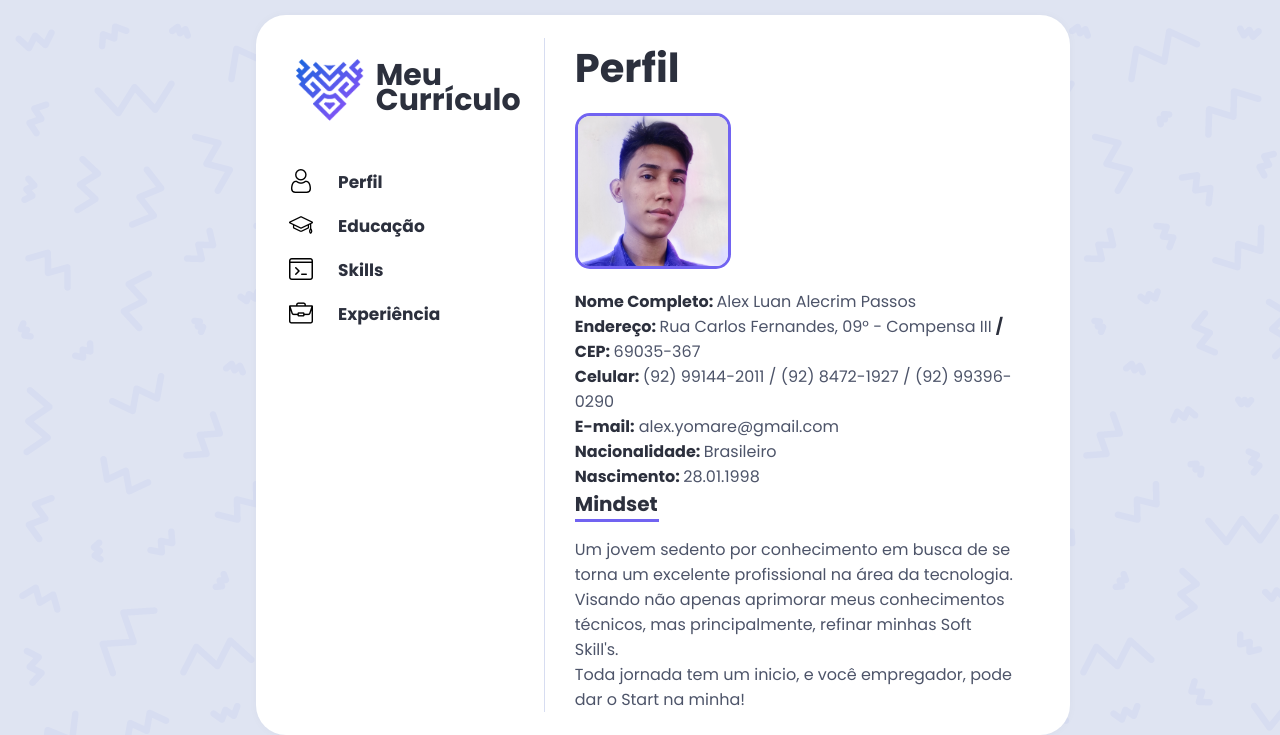
Repository: 4lex-passos/MeuPrimeiroSite
Page: index.html
These files come from the project's save history. The page is drawn as it stood at one moment and after the next save; the edit follows.
The browser window is 1280 px wide. The pictures show the whole page.

Above is the page before, as saved 2020-10-02 16:29:53.

### index.html
<!DOCTYPE html>

<html>
  <head lang="pt-br">
    <meta charset="UTF-8">
    <meta name="viewport" content="width=device-width, initial-scale=1.0">
    <link rel="stylesheet" href="css/style.css">
    <link rel="shortcut icon" type="image/png" href="imagens/Owl.png">
    <title>Meu Currículo</title>
  </head>

  <body>
    <div class="conteiner">
      <div class="box">

        <aside class="naveg">
          <header class="logo">
            <img src="imagens/Owl.png"
                 alt="Foto de perfil">
            <h1>Meu<br>Currículo</h1>
          </header>
          <main>
            <nav>
              <ul>
                <li>
                  <img src="imagens/perfil-icon.png">
                  <a href="index.html" class="icon">Perfil</a>
                </li>
                <li>
                  <img src="imagens/education-icon.png">
                  <a href="educacao.html" class="icon">Educação</a>
                </li>
                <li>
                  <img src="imagens/skills-icon.png">
                  <a href="skills.html" class="icon">Skills</a>
                </li>
                <li>
                  <img src="imagens/experiencia-icon.png">
                  <a href="experiencia.html" class="icon">Experiência</a>
                </li>
              </ul>
            </nav>
          </main>
        </aside>

        <aside class="feed">
          <main>
            <h1>Perfil</h1>
            <div class="painel">
              <img  src="imagens/perfil.png"
                    id="myImg"
                    onclick="myFunction()"
                    onmouseout="myFunction2()">
              <div class="info-box">
                <h2>Nome Completo: <span class="info">Alex Luan Alecrim Passos</span></h2>
                <h2>Endereço: <span class="info">Rua Carlos Fernandes, 09° - Compensa III </span>/ CEP: <span class="info">69035-367</span></h2>
                <h2>Celular: <span class="info">(92) 99144-2011 / (92) 8472-1927 / (92) 99396-0290</span></h2>
                <h2>E-mail:<span class="info"> alex.yomare@gmail.com</span></h2>
                <h2>Nacionalidade: <span class="info">Brasileiro</span></h2>
                <h2>Nascimento: <span class="info">28.01.1998</span></h2>
              </div>
            </div>
            <h3>Mindset</h3>
            <p>Um jovem sedento por conhecimento em busca de
              se torna um excelente profissional na área da tecnologia.
              Visando não apenas aprimorar meus conhecimentos técnicos, mas principalmente, refinar minhas Soft Skill's.<br>
              Toda jornada tem um inicio, e você empregador, pode dar o Start na minha! </p>
          </main>
        </aside>

      </div>
    </div>
    <script>
      function myFunction() {
        document.getElementById("myImg").style.height = "100%";
        document.getElementById("myImg").style.width = "100%";
      }
      function myFunction2() {
        document.getElementById("myImg").style.height = "150px";
        document.getElementById("myImg").style.width = "150px";
      }
      </script>
  </body>
</html>

### css/style.css
@import url('https://fonts.googleapis.com/css2?family=Poppins:wght@400;700;900&display=swap');

/*============================
| GERAL*/
html{
  font-size: 62.5%;
  color: #232325;
  font-family: 'Poppins', sans-serif;
}
body{

  background: url("../imagens/pattern2.png");
  box-sizing: border-box;
  font-size: 1.6rem;
  margin: 0;
  padding:0;
  width: 100%;
  height: 100%;
}

/*============================
| ESTILO DA PAGINA TOTAL*/
.conteiner{
  width: 100vw;
  height: 100vh;

  display: grid;
  grid-template-columns: 1fr 1fr 1fr;
  grid-template-rows: 1fr 1fr 1fr;
  grid-template-areas:". . ."
                      ". b ."
                      ". . .";
}
.box{
  display:flex;
  flex-flow: row wrap;
  grid-area: b;

  width: 60vw;
  background: #ffffff;
  border-radius: 30px;
  box-shadow: 0px 0px 10px rgba(0,0,0,.030);
  padding: 3%;
  margin-top: 15px;
}

/*============================
| CONTEINER DO MENU DE NAVEGAÇÃO*/
.naveg{
  display:flex;
  flex-flow: column;
  flex-grow: 1;
  flex-basis: 10vw;
  border-radius: 15px;
  padding: 10px 30px 10px 10px;
}
.naveg header.logo{
  display:flex;
  border-radius: 15px;
  align-items: top;
  padding: 0px;
}
.naveg header.logo img{
  margin-right: 3%;
  width: 80px;
  height: 80px;
}
.naveg header.logo h1{
  line-height: 25px;
  font-size: 3.0rem;
  color: #2c303d;
  margin-top: 1.5rem;
}
main nav ul{
  display: flex;
  flex-flow: column;
  padding:0px;
}
main nav ul li{
  display: flex;
  margin-top: 10px;
  padding: 5px 0px 5px 0px;
  list-style: none;
}
main nav ul li a{
  font-size: 1.7rem;
  text-decoration: none;
  font-weight: bolder;
  width: 100%;
  color: #2c303d;
  margin-left: 2.5rem;
}

main nav ul li a:hover{
  background: -webkit-linear-gradient(top left, #2065DF, #A28AF8);
  background: -moz-linear-gradient(top left, #2065DF, #A28AF8);
  background: linear-gradient(to bottom right, #2065DF, #A28AF8);
  -webkit-background-clip: text;
  -webkit-text-fill-color: transparent;
  font-size: 1.9rem;
  transition-duration: .1s;
}
main nav ul li .icon{
  height: 24px;
}

/*============================
| CONTEINER DO CONTEÚDO*/
.feed{
  margin: 0px;
  display: flex;
  width: 40%;
  padding: 0 30px 0 30px;
  flex-grow: 7;
  border-left: 1px solid #d7ddf1;
}
main{
  width: 100%;
}
.feed main h1{
  margin: 0 0 15px 0;
  font-size: 4.0rem;
  color: #2c303d;
}
p{
  color: #4d5469;
  margin: 0;
}
h6{
  font-size: 2.0rem;
  border-left: 5px solid #7163f1;
  padding-left: 10px;
  margin-bottom: 5px;
}
/*============================
| PERFIL*/
.feed main .painel{
  display: flex;
  flex-flow: row wrap;
  border-radius: 1.5rem;
}

.feed main img{
  width: 15.0rem;
  height: 15.0rem;
  border-radius: 1.5rem;
  margin: 0 2.0rem 2.0rem 0;
}.feed main img#myImg{
  transition-duration:.5s;
  border: 3px solid #7163f1;
}
.feed main h2{
  color:#2c303d;
  font-size: 1.6rem;
  line-height: 2.5rem;
  margin: 0px;
}
.feed main h3{
  margin: 0 0 15px 0;
  width: 8.4rem;
  color:#2c303d;
  font-size: 2.0rem;
  border-bottom: 3px solid #7163f1;
}
.feed main span.info{
  color: #4d5469;
  font-weight: normal;
}

/*============================
| EDUCAÇÃO: ENSINO MÉDIO*/
.feed main .cards{
  width: 100%;
  display: flex;
  flex-flow: wrap row;
  justify-content: space-between;
}
div.en-medio .over{
  display: flex;
  justify-content: center;
  align-items: center;
  position: absolute;
  width: 100%;
  height: 100%;
  background: #ffffff;
  border-radius: 1.5rem;
  transition-duration: .3s;
}
div.en-medio .over:hover{
  opacity: 0%;
  transition-duration: .2s;
}
.feed main .en-medio{
  position: relative;
  display: flex;
  flex-flow: wrap column;
  justify-content: center;
  align-items: center;
  color:#ffffff;
  border-radius: 1.5rem;
  width: 39.0rem;
  height: 400px;
  margin-bottom: 20px;
}

div.en-medio h1{
  line-height: 5.0rem;
  color:rgba(0,0,0,.4);
  background: -webkit-linear-gradient(top left, #2065DF, #A28AF8);
  background: -moz-linear-gradient(top left, #2065DF, #A28AF8);
  background: linear-gradient(to bottom right, #2065DF, #A28AF8);
  -webkit-background-clip: text;
  -webkit-text-fill-color: transparent;
  font-size: 4.5rem;
  text-align: center;
  padding: 10px 0 10px 0;
}
div.en-medio h2{
  margin: 10px 0 10px 0;
  color: #8cbd18;
  font-size: 4.0rem;
  text-align: center;
}
div.en-medio p{
  width: 80%;
  color: #2c303d;
  font-size: 1.5rem;
  text-align: center;
  margin: 0px;
}
div.en-medio h4{
  margin: 0%;
  width: 80%;
  color: #2c303d;
  font-size: 3.5rem;
  text-align: center;
}
div.en-medio h5{
  margin: 0%;
  width: 80%;
  color: #ffffff;
  font-size: 6.5rem;
  text-align: center;
}
/*============================
| EDUCAÇÃO: ENSINO SUPERIOR*/
div.en-superior .over{
  display: flex;
  justify-content: center;
  align-items: center;
  position: absolute;
  width: 100%;
  height: 100%;
background: #ffffff;
  border-radius: 1.5rem;
  transition-duration: .3s;
}
div.en-superior .over:hover{
  opacity: 0%;
  transition-duration: .2s;
}
.feed main .en-superior{
  position: relative;
  display: flex;
  flex-flow: wrap column;
  justify-content: center;
  align-items: center;
  color:#ffffff;
  border-radius: 1.5rem;
  width: 39.0rem;
  height: 400px;
}

div.en-superior h1{
  line-height: 5.0rem;
  color:rgba(0,0,0,.4);
  background: -webkit-linear-gradient(top left, #2065DF, #A28AF8);
  background: -moz-linear-gradient(top left, #2065DF, #A28AF8);
  background: linear-gradient(to bottom right, #2065DF, #A28AF8);
  -webkit-background-clip: text;
  -webkit-text-fill-color: transparent;
  font-size: 4.5rem;
  text-align: center;
  padding: 10px 0 10px 0;
}
div.en-superior h2{
  margin: 10px 0 10px 0;
  color: #f1a71e;
  font-size: 4.0rem;
  text-align: center;
}
div.en-superior p{
  width: 80%;
  color: #2c303d;
  font-size: 1.5rem;
  text-align: center;
  margin: 0px;
}
div.en-superior h4{
  margin: 0%;
  width: 80%;
  color: #2c303d;
  font-size: 2.5rem;
  text-align: center;
}
div.en-superior h5{
  margin: 0%;
  width: 80%;
  color: #ffffff;
  font-size: 6.5rem;
  text-align: center;
}

@media (max-width: 600px) {
  .naveg header.logo h1{
    color: #2065DF;
  }
}

After the next save:
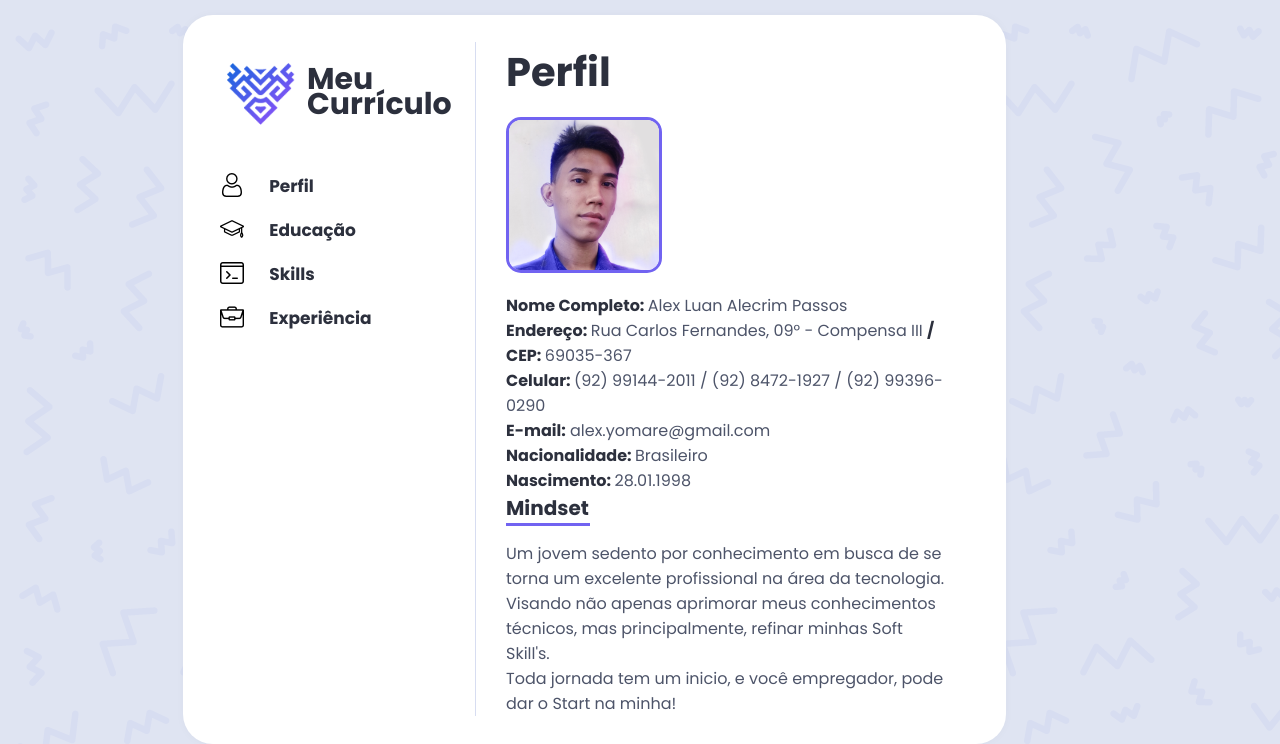
Saved 45 s later.
--- a/css/style.css
+++ b/css/style.css
@@ -25,7 +25,7 @@ body{
   height: 100vh;
 
   display: grid;
-  grid-template-columns: 1fr 1fr 1fr;
+  grid-template-columns: 1fr 5fr 1fr;
   grid-template-rows: 1fr 1fr 1fr;
   grid-template-areas:". . ."
                       ". b ."
